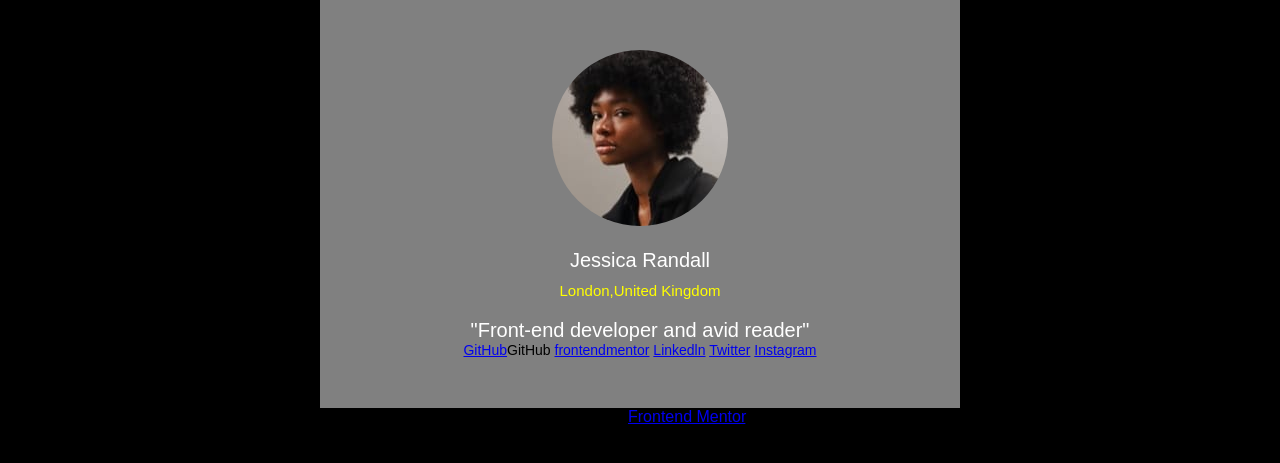
Repository: JosephAbatan05/Social-links-profile
Page: social-links-profile-main/index.html
An editor plug-in stored every save of this project. The page is shown before and after a run of saves, followed by the edit.
The browser window is 1280 px wide. The pictures show the whole page.

Above is the page before, as saved 2025-01-25 10:50:37.

After the next 3 saves:
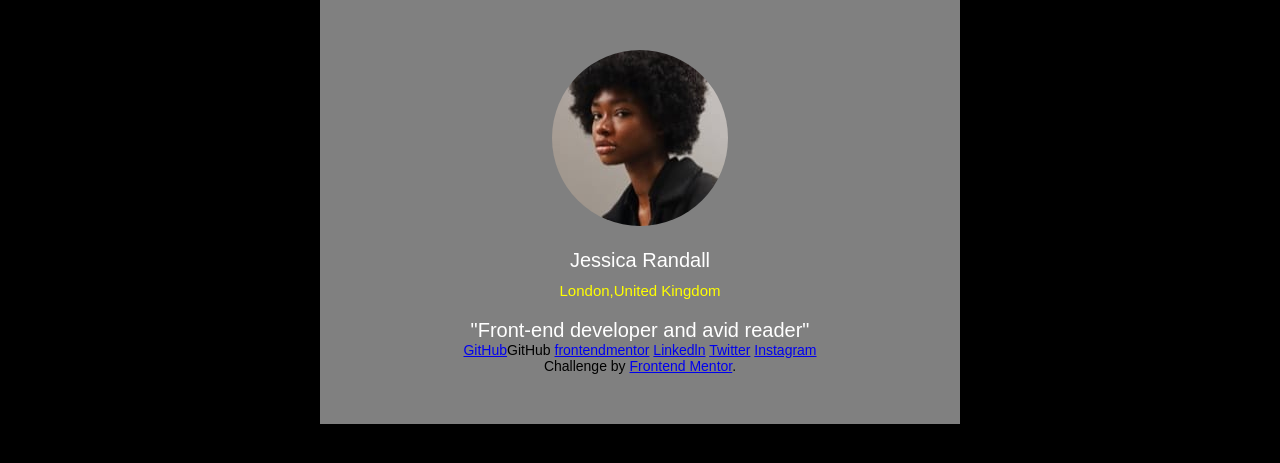
The 3 saves are shown as one change because they came seconds apart.
The last was saved 19 s later.
--- a/social-links-profile-main/index.html
+++ b/social-links-profile-main/index.html
@@ -36,6 +36,7 @@
 <div class="description">London,United Kingdom</div>
 <div class="about">"Front-end developer and avid reader"</div>
 <div id="fa-links-container">
+  <div>
     <a href="https://github.com" class="button">GitHub</a>GitHub
 
 

After the save that followed:
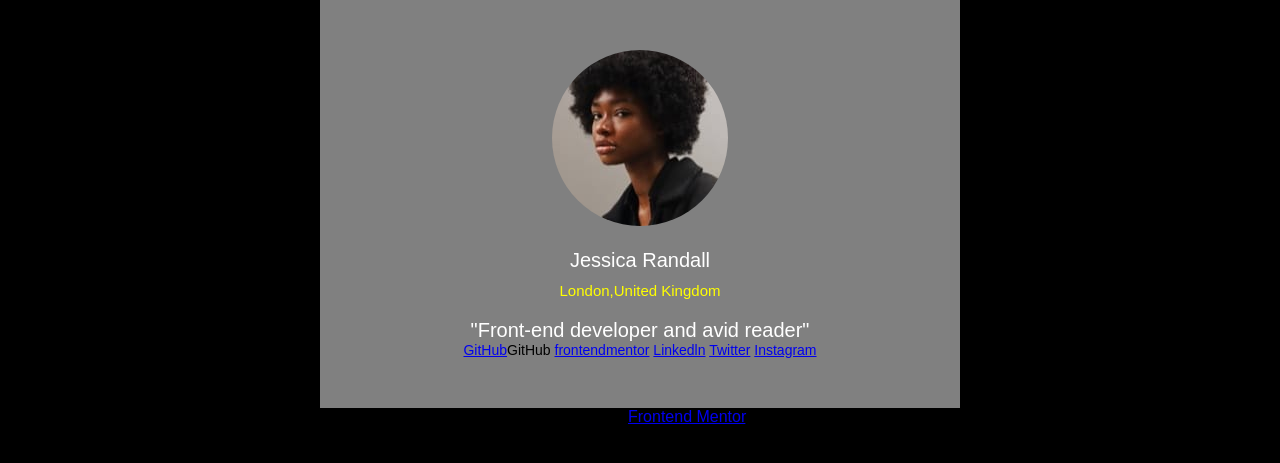
Saved 4 s later.
--- a/social-links-profile-main/index.html
+++ b/social-links-profile-main/index.html
@@ -65,7 +65,7 @@
 
 
 
-
+  </div>
 
 
 
